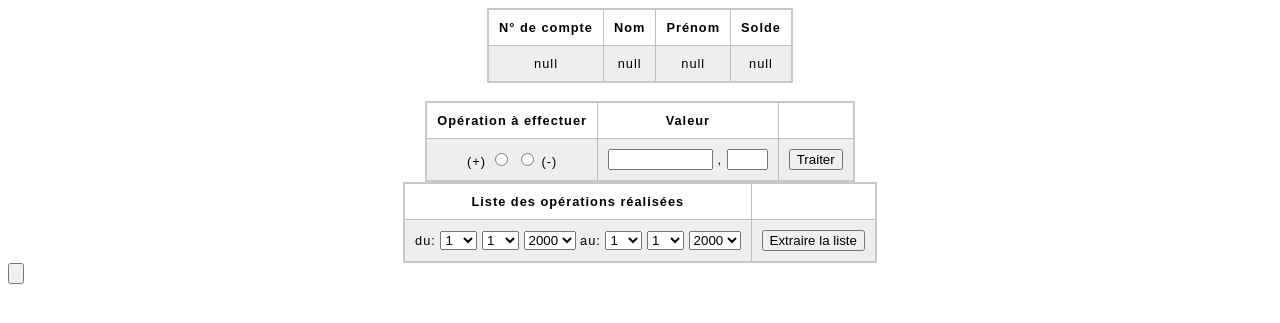
Repository: Jsisie/BanqueWeb
Page: http://localhost/BanqueWeb/JOperations.jsp
These files come from the project's save history. The page is drawn as it stood at one moment and after the next save; the edit follows.
The browser window is 1280 px wide. The pictures show the whole page.
The page is served by Tomcat 10. Other server files are loaded and not shown. The template is opened directly, without the code that normally fills it, so the values that code supplies are empty.

Above is the page before, as saved 2022-12-16 12:56:06.

### BanqueWeb/BanqueWeb/BanqueWeb/src/main/webapp/JOperations.jsp
<%@ page language="java" contentType="text/html; charset=UTF-8"
    pageEncoding="UTF-8"%>
<%@ taglib prefix="c" uri="jakarta.tags.core" %>
<!DOCTYPE html>
<html>
<head>
<meta charset="UTF-8">
<title>Consultation réussie</title>
<style type="text/css">
td,
th {
    border: 1px solid rgb(190, 190, 190);
    padding: 10px;
}

td {
    text-align: center;
}

tr:nth-child(even) {
    background-color: #eee;
}

th[scope="col"] {
    background-color: #696969;
    color: #fff;
}

th[scope="row"] {
    background-color: #d7d9f2;
}

caption {
    padding: 10px;
    caption-side: bottom;
}

table {
    border-collapse: collapse;
    border: 2px solid rgb(200, 200, 200);
    letter-spacing: 1px;
    font-family: sans-serif;
    font-size: .8rem;
}

.errorDiv {
	color: red;
}

.msgDiv {
	color: blue;
}

</style>
</head>
<body>
	<div class="compteTables">
		<div class="infosCompteTable" align="center">
			<table>
				<tr>
					<th>N° de compte</th>
					<th>Nom</th>
					<th>Prénom</th>
					<th>Solde</th>
				</tr>
				<tr>
					<td><%=session.getAttribute("NoDeCompte")%></td>
					<td><%=session.getAttribute("nom")%></td>
					<td><%=session.getAttribute("prenom")%></td>
					<td><%=session.getAttribute("solde")%></td>
				</tr>
			</table>
		</div>
		<br>
		<form class="operationForm" method="post">
			<div class="operationTable" align="center">
				<table>
					<tr>
						<th>Opération à effectuer</th>
						<th>Valeur</th>
					</tr>
					<tr>
						<td>
							<label for="+">(+)</label>
	  						<input type="radio" id="OpPlus" name="Op" value="+" ${op eq "+" ? 'checked' : ''}>
	  						<input type="radio" id="OpMinus" name="Op" value="-" ${op eq "-" ? 'checked' : ''}>
		  					<label for="-">(-)</label></td>
						<td>
							<input type="text" name="ValeurEntiere" id="valeurEntiere" maxlength="10" size="10" value=${valeurEntiere}>
							<label id="virguleDecimale" for="valeur">,</label>
							<input type="text" name="ValeurDecimale" id="valeurDecimale" maxlength="2" size="2" value=${valeurDecimale}>
						</td>
						<td>
							<input  id="Demande" name="Demande" type="submit" value="Traiter">
						</td>
					</tr>
				</table>
			</div>
			<div class="listeOperationsTable" align="center">
				<table>
					<tr>
						<th>Liste des opérations réalisées</th>
					</tr>
					<tr>
						<td>
							<label for="du">du: </label>
							<select name="jInit">
								<c:forEach var="i" begin="1" end="31" step="1">
									<option value="${i}" ${i eq dayInit ? 'selected' : '' }>
		 								${i}
		 							</option>
								</c:forEach>
		 					</select>
							<select name="mInit">
								<c:forEach var="i" begin="1" end="12" step="1">
									<option value="${i}" ${i eq monthInit ? 'selected' : '' }>
		 								${i}
		 							</option>
								</c:forEach>
							</select>
							<select name="aInit">
								<c:forEach var="i" begin="2000" end="2022" step="1">
									<option value="${i}" ${i eq yearInit ? 'selected' : '' }>
		 								${i}
		 							</option>
								</c:forEach>
							</select>
							<label for="au">au: </label>
							<select name="jFinal">
								<c:forEach var="i" begin="1" end="31" step="1">
									<option value="${i}" ${i eq dayFinal ? 'selected' : '' }>
		 								${i}
		 							</option>
								</c:forEach>
							</select>
							<select name="mFinal">
								<c:forEach var="i" begin="1" end="12" step="1">
									<option value="${i}" ${i eq monthFinal ? 'selected' : '' }>
		 								${i}
		 							</option>
								</c:forEach>
							</select>
							<select name="aFinal">
								<c:forEach var="i" begin="2000" end="2022" step="1">
									<option value="${i}" ${i eq yearFinal ? 'selected' : '' }>
		 								${i}
		 							</option>
								</c:forEach>
							</select>
						</td>
						<td>
							<input  id="Demande" name="Demande" type="submit" value="Extraire la liste">
						</td>
					</tr>
				</table>
			</div>
			<td>
				<input  id="Demande" name="Demande" type="submit" value="">
			</td>
			<div class="msgDiv" align="center">
				<p> ${msg} </p>
			</div>
			<div class="errorDiv" align="center">
				<p> ${msgError} </p>
			</div>
		</form>
	</div>
</body>
</html>

After the next save:
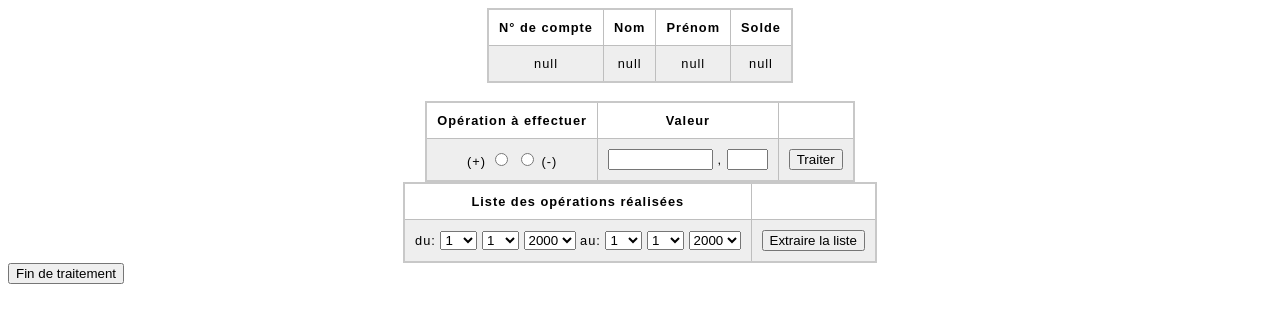
Saved 30 s later.
--- a/BanqueWeb/BanqueWeb/BanqueWeb/src/main/webapp/JOperations.jsp
+++ b/BanqueWeb/BanqueWeb/BanqueWeb/src/main/webapp/JOperations.jsp
@@ -155,7 +155,7 @@ table {
 				</table>
 			</div>
 			<td>
-				<input  id="Demande" name="Demande" type="submit" value="">
+				<input  id="Demande" name="Demande" type="submit" value="Fin de traitement">
 			</td>
 			<div class="msgDiv" align="center">
 				<p> ${msg} </p>
